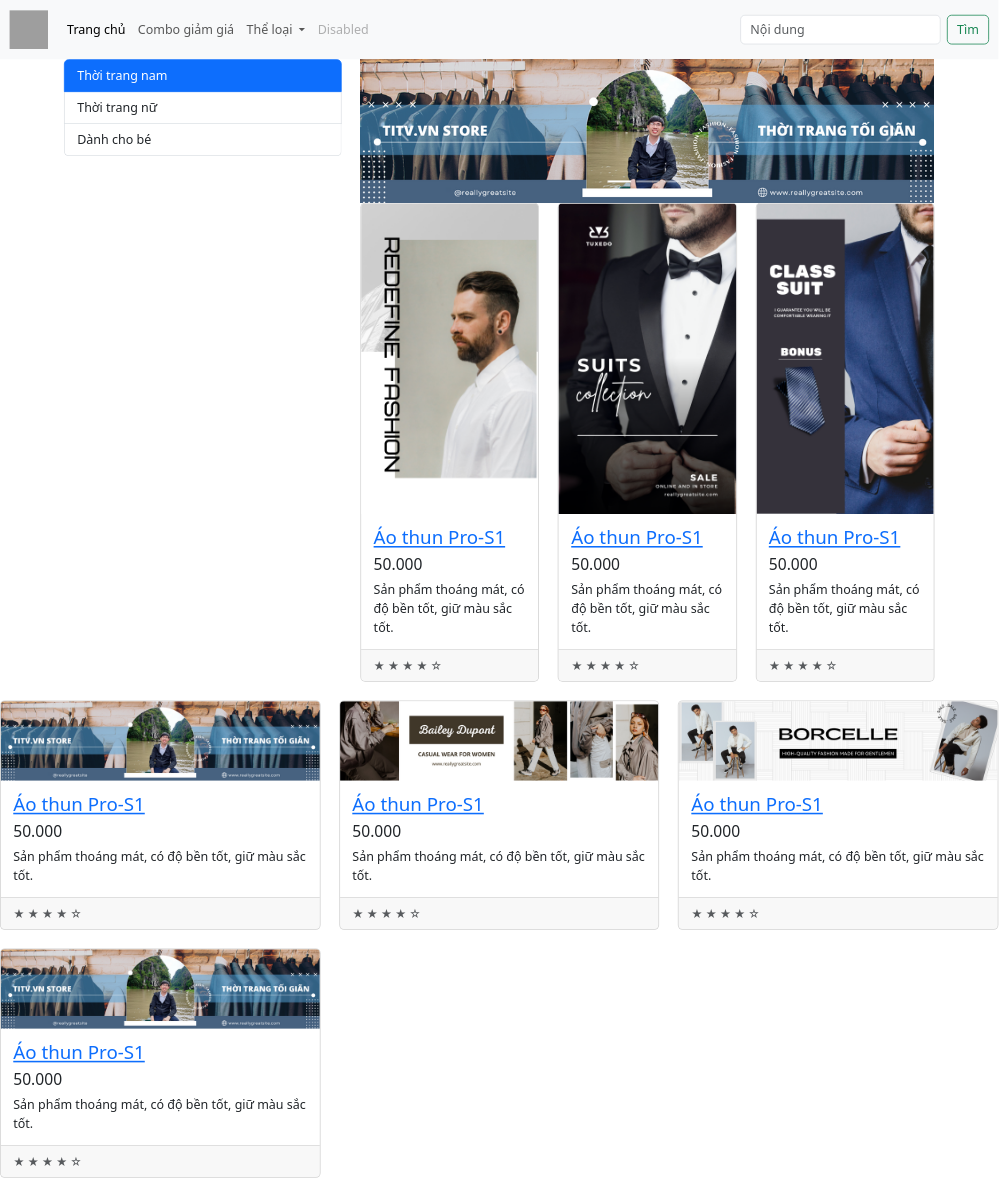
Repository: Vanh260703/Java-Servlet
Page: Bai4_Boostrap/src/main/webapp/index.html
The author's editor kept a copy of each file at every save. The page is drawn from the files as they stood at one save, then again after the next save.
The browser window is 1280 px wide. The page is 1292 px wide, then 1280 px, so the pictures cover 1292 px, including what lies to the right of the window. The pictures show the whole page, at 78% of full size.
Pictures or frames that could not be fetched are drawn as grey boxes.

Above is the page before, as saved 2025-03-01 15:08:46.

After the next save:
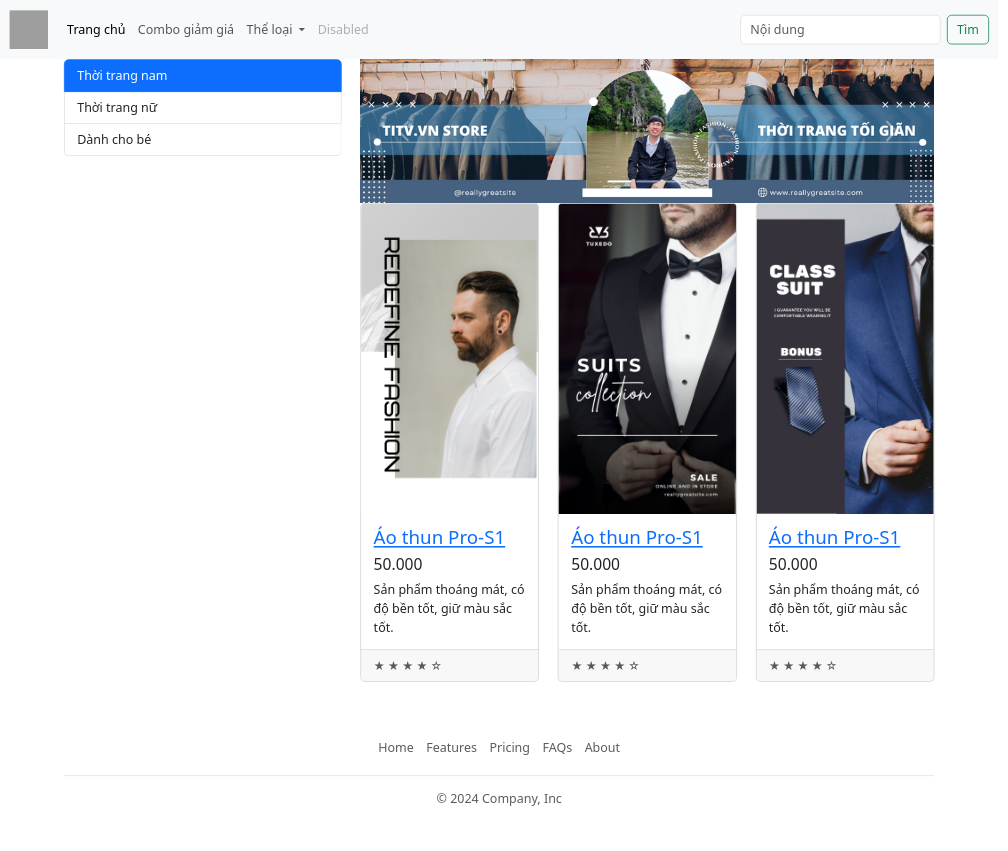
Saved 34 s later.
--- a/Bai4_Boostrap/src/main/webapp/index.html
+++ b/Bai4_Boostrap/src/main/webapp/index.html
@@ -121,8 +121,8 @@
 				<div class="row">
 					<div class="col-lg-4 col-md-6 mb-4">
 						<div class="card h-100">
-							<a href="#"><img class="card-img-top"
-								src="img/products/prd-1.png" alt=""></a>
+							<a href="#"><img class="card-img-top" src="img/products/prd-1.png"
+								alt=""></a>
 							<div class="card-body">
 								<h4 class="card-title">
 									<a href="#">Áo thun Pro-S1</a>
@@ -140,8 +140,8 @@
 
 					<div class="col-lg-4 col-md-6 mb-4">
 						<div class="card h-100">
-							<a href="#"><img class="card-img-top"
-								src="img/products/prd_2.png" alt=""></a>
+							<a href="#"><img class="card-img-top" src="img/products/prd_2.png"
+								alt="" ></a>
 							<div class="card-body">
 								<h4 class="card-title">
 									<a href="#">Áo thun Pro-S1</a>
@@ -160,8 +160,8 @@
 
 					<div class="col-lg-4 col-md-6 mb-4">
 						<div class="card h-100">
-							<a href="#"><img class="card-img-top"
-								src="img/products/prd-3.png" alt=""></a>
+							<a href="#"><img class="card-img-top" src="img/products/prd-3.png"
+								alt="" ></a>
 							<div class="card-body">
 								<h4 class="card-title">
 									<a href="#">Áo thun Pro-S1</a>
@@ -185,84 +185,18 @@
 	</div>
 	<!--  End Page content -->
 	<!-- Footer -->
-	<div class="row">
-		<div class="col-lg-4 col-md-6 mb-4">
-			<div class="card h-100">
-				<a href="#"><img class="card-img-top" src="img/product/1.png"
-					alt=""></a>
-				<div class="card-body">
-					<h4 class="card-title">
-						<a href="#">Áo thun Pro-S1</a>
-					</h4>
-					<h5>50.000</h5>
-					<p class="card-text">Sản phẩm thoáng mát, có độ bền tốt, giữ
-						màu sắc tốt.</p>
-				</div>
-				<div class="card-footer">
-					<small class="text-muted">&#9733; &#9733; &#9733; &#9733;
-						&#9734;</small>
-				</div>
-			</div>
-		</div>
-
-		<div class="col-lg-4 col-md-6 mb-4">
-			<div class="card h-100">
-				<a href="#"><img class="card-img-top" src="img/product/2.png"
-					alt=""></a>
-				<div class="card-body">
-					<h4 class="card-title">
-						<a href="#">Áo thun Pro-S1</a>
-					</h4>
-					<h5>50.000</h5>
-					<p class="card-text">Sản phẩm thoáng mát, có độ bền tốt, giữ
-						màu sắc tốt.</p>
-				</div>
-				<div class="card-footer">
-					<small class="text-muted">&#9733; &#9733; &#9733; &#9733;
-						&#9734;</small>
-				</div>
-			</div>
-		</div>
-
-
-		<div class="col-lg-4 col-md-6 mb-4">
-			<div class="card h-100">
-				<a href="#"><img class="card-img-top" src="img/product/3.png"
-					alt=""></a>
-				<div class="card-body">
-					<h4 class="card-title">
-						<a href="#">Áo thun Pro-S1</a>
-					</h4>
-					<h5>50.000</h5>
-					<p class="card-text">Sản phẩm thoáng mát, có độ bền tốt, giữ
-						màu sắc tốt.</p>
-				</div>
-				<div class="card-footer">
-					<small class="text-muted">&#9733; &#9733; &#9733; &#9733;
-						&#9734;</small>
-				</div>
-			</div>
-		</div>
-
-		<div class="col-lg-4 col-md-6 mb-4">
-			<div class="card h-100">
-				<a href="#"><img class="card-img-top" src="img/product/1.png"
-					alt=""></a>
-				<div class="card-body">
-					<h4 class="card-title">
-						<a href="#">Áo thun Pro-S1</a>
-					</h4>
-					<h5>50.000</h5>
-					<p class="card-text">Sản phẩm thoáng mát, có độ bền tốt, giữ
-						màu sắc tốt.</p>
-				</div>
-				<div class="card-footer">
-					<small class="text-muted">&#9733; &#9733; &#9733; &#9733;
-						&#9734;</small>
-				</div>
-			</div>
-		</div>
-	</div>
+	<div class="container">
+  <footer class="py-3 my-4">
+    <ul class="nav justify-content-center border-bottom pb-3 mb-3">
+      <li class="nav-item"><a href="#" class="nav-link px-2 text-body-secondary">Home</a></li>
+      <li class="nav-item"><a href="#" class="nav-link px-2 text-body-secondary">Features</a></li>
+      <li class="nav-item"><a href="#" class="nav-link px-2 text-body-secondary">Pricing</a></li>
+      <li class="nav-item"><a href="#" class="nav-link px-2 text-body-secondary">FAQs</a></li>
+      <li class="nav-item"><a href="#" class="nav-link px-2 text-body-secondary">About</a></li>
+    </ul>
+    <p class="text-center text-body-secondary">© 2024 Company, Inc</p>
+  </footer>
+</div>
 	<!-- End Footer -->
 </body>
 
